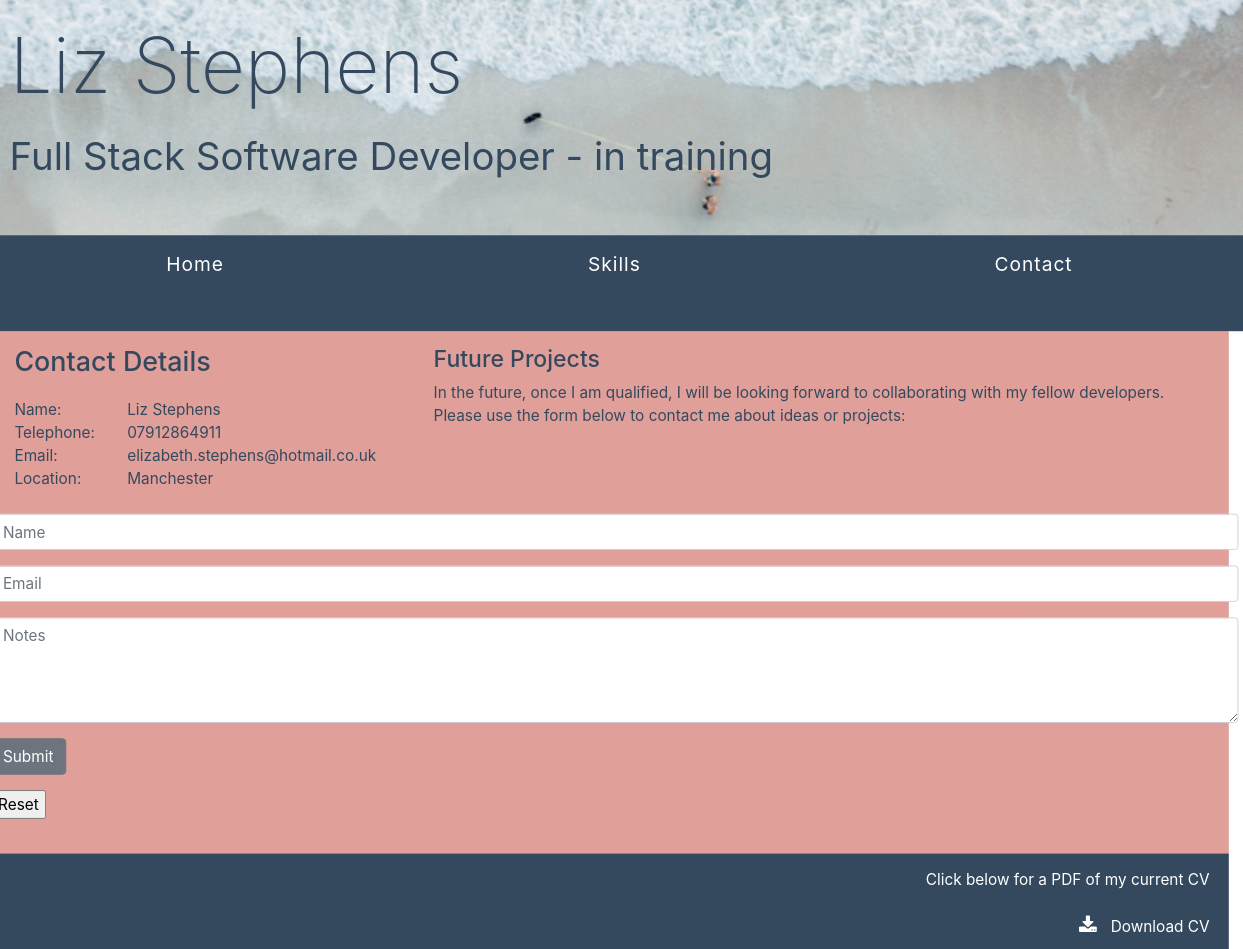
Repository: Liz94688/portfolio-site
Page: contact.html
The author's editor kept a record of every edit. The page is drawn from the files as they stood at one moment, then again after the next edit.
The browser window is 1280 px wide. The page is 1295 px wide, so the pictures cover 1295 px, including what lies to the right of the window. The pictures show the whole page, at 96% of full size.

Above is the page before.

### contact.html
<!DOCTYPE html>
<html lang="en">

<head>
    <meta charset="UTF-8">
    <meta name="viewport" content="width=device-width, initial-scale=1.0">
    <meta http-equiv="X-UA-Compatible" content="ie=edge">
    <link rel="stylesheet" href="https://stackpath.bootstrapcdn.com/bootstrap/4.3.1/css/bootstrap.min.css" type="text/css" />
    <link rel="stylesheet" href="https://stackpath.bootstrapcdn.com/font-awesome/4.7.0/css/font-awesome.min.css" type="text/css" />
    <link rel="stylesheet" href="assets/css/style.css" type="text/css" />
    <title>Liz Stephens Portfolio - Full Stack Web Developer</title>
</head>

<body>
    <header>
        <div class="row header-image">
            <div class="col">
                <h1 class="header-name">Liz Stephens</h1>
                <h2 class="header-title">Full Stack Software Developer - in training</h2>
            </div>
        </div>

        <div class="row header-nav">
            <div class="col">
                <ul id="nav" class="list-inline header-nav-container">
                    <li class="col-sm-4 header-nav-color-home header-nav-item list-inline-item">
                        <a href="#"><span>Home</span></a>
                    </li>
                    <li class="col-sm-4 header-nav-color-skills header-nav-item list-inline-item">
                        <a href="#"><span>Skills</span></a>
                    </li>
                    <li class="col-sm-4 header-nav-color-contact header-nav-item list-inline-item">
                        <a href="#"><span>Contact</span></a>
                    </li>
                </ul>
            </div>
        </div>
        </div>
    </header>

    <section id="contact" class="container-fluid contact-container">
        <div class="row">
            <div class="col-md-4 contact-info">


                <div class="col-12">
                    <h3 class="contact-details-title">
                        Contact Details
                    </h3>
                </div>


                <div class="col-12 contact-details-itemised">
                    <div class="key">
                        <p>Name:</p>
                    </div>
                    <div class="value">
                        <p>Liz Stephens</p>
                    </div>
                    <div class="key">
                        <p>Telephone:</p>
                    </div>
                    <div class="value">
                        <p>07912864911</p>
                    </div>
                    <div class="key">
                        <p>Email:</p>
                    </div>
                    <div class="value">
                        <p>elizabeth.stephens@hotmail.co.uk</p>
                    </div>
                    <div class="key">
                        <p>Location:</p>
                    </div>
                    <div class="value">
                        <p>Manchester</p>
                    </div>
                </div>


            </div>

            <div class="col-md-8 contact-form">

                <div class="col-12">
                    <h4>
                        Future Projects
                    </h4>
                </div>

                    <div class="col-12">
                        <p>In the future, once I am qualified, I will be looking forward to collaborating with my fellow developers. Please use the form below to contact me about ideas or projects: </p>
                    </div>
                </div>
                <div class="col-12 contact-groups">
                    <form>
                        <div class="form-group">
                            <input type="text" name="Name" class="form-control" placeholder="Name" required>
                        </div>
                        <div class="form-group">
                            <input type="email" name="Email" class="form-control" placeholder="Email" required>
                        </div>
                        <div class="form-group">
                            <textarea rows="4" name="Notes" class="form-control" placeholder="Notes"></textarea>
                        </div>
                        <div class="form-group">
                            <button type="submit" class="btn btn-secondary">Submit</button>
                        </div>
                        <div class="form-group">
                            <input type="reset" value="Reset">
                        </div>
                    </form>
                </div>
            </div>
        </div>
    </section>

    <footer class="container-fluid">
        <div class="row footer-nav">
            <div class="col footer-nav-item">
                <p>Click below for a PDF of my current CV</p>
                <a href="./assets/Liz_CV.pdf" target="_blank"><i class="fa fa-download" aria-hidden="true"></i><span> Download CV </span></a>
            </div>
        </div>
    </footer>
</body>

</html>

### assets/css/style.css
@import url('https://fonts.googleapis.com/css?family=Montserrat&display=swap:100,200,300,400,500,600,700');

/*------------------------------Header*/

header {
    margin: 0;
    padding: 0;
}

.header-image {
    background-image: url('../images/welcome-view.jpg');
    background-position: center;
    background-repeat: no-repeat;
    background-size: cover;
    min-height: 240px;
    transition: all .5s ease-in-out;
    -moz-transition: all .5s ease-in-out;
    -webkit-transition: all .5s ease-in-out;
}

.header-name {
    font-weight: 200;
    font-size: 80px;
    color: #34495E;
    padding-top: 20px;
    padding-left: 25px;
}

.header-title {
    font-weight: 400;
    font-size: 40px;
    color: #34495E;
    padding-top: 15px;
    padding-bottom: 50px;
    padding-left: 25px;
}

/*------------------------------Header-Nav*/

.col {
    padding: 0;
}

li a {
    color: #fff;
    padding: 0;
    text-decoration: none;
}

.row {
    padding-bottom: 0;
}


.list-inline-item:not(:last-child) {
    margin: 0;
}

.header-nav-container {
    font-size: 0;
}

.col ul {
    margin-bottom: 0;
}

#nav li {
    padding: 0;
}

.header-nav-item {
    height: 100px;
    text-align: center;
}

.header-nav-item a {
    width: 100%;
    text-decoration: none;
    color: #fff;
}

.header-nav-item span {
    display: block;
    padding-top: 15px;
    font-size: 20px;
    letter-spacing: 1px;
}

/*------------------------------Navbar Colours/Background Colours*/

ul {
    background-color: #34495E;
}

.header-nav-color-home:hover {
    background-color: #4682B4;
}

.header-nav-color-skills:hover {
    background-color: #48D1CC;
}

.header-nav-color-contact:hover {
    background-color: #D98880;
}

.header-nav-color-home.active {
    background-color: #4682B4;
}

.header-nav-color-skills.active {
    background-color: #48D1CC;
}

.header-nav-color-contact.active {
    background-color: #D98880;
}

.home-bg-color {
    background-color: #4682B4;
}

/*------------------------------So far...*/

section {
    margin: 0;
    padding: 0;
}

.about-container {
    min-height: 500px;
    background-color: rgba(70, 130, 180, 0.8);
    color: #34495E;
    padding-bottom: 20px;
}

.so-far-title {
    padding-top: 20px;
    margin-bottom: 30px;
}

.so-far-title h3 {
    margin: 0;
}

.so-far-paragraph p {
    margin-bottom: 15px;
}

/*------------------------------Timeline*/

.timeline {
    position: relative;
    margin: 0 auto;
}

.timeline::after {
    content: '';
    position: absolute;
    width: 6px;
    background-color: #fff;
    top: 0;
    bottom: 0;
    left: 50%;
    margin-left: -2px;
}

.container {
    padding: 10px 20px;
    position: relative;
    background-color: #34495E;
    width: 50%;
    color: #fff;
    margin-left: 0;
}

.left {
    left: 0;
}

.right {
    left: 50%;
}

/*------------------------------Skills*/

.skills-container {
    margin: 0;
    min-height: 500px;
    background-color: rgba(72, 209, 204, 0.8);
    color: #34495E;
    padding-bottom: 20px;
}

.skills-title {
    padding-top: 20px;
    margin-bottom: 30px;
}

.skills-progression {
    margin-bottom: 30px;
}

.progress {
    height: 35px;
    margin-bottom: 15px;
    position: relative;
}

.progress-type {
    position: absolute;
    color: #283747;
    left: 0px;
    padding: 2px 30px 2px 5px;
}

/*------------------------------Contact Info*/

.contact-container {
    padding: 0;
    margin: 0;
    min-height: 500px;
    background-color: rgba(217, 136, 128, 0.8);
    color: #34495E;
    padding-bottom: 20px;
}

.contact-info {
    padding-top: 15px;
    margin-bottom: 20px;
}

.contact-details-title {
    margin-bottom: 20px;
}

.contact-details-itemised .key,
.contact-details-itemised .value {
    display: inline-block;
    padding-right: 10px;
}

.contact-details-itemised .key p,
.contact-details-itemised .value p {
    margin: 0
    ;
}

.contact-details-itemised .key {
    width: 30%;
}

.contact-details-itemised .value {
    position: relative;
    width: 60%;
}


/*------------------------------Contact Form*/

.contact-form {
    padding-top: 15px;
}

.contact-groups {
    padding: 0;
}

form {
    margin: 5px;
}

/*------------------------------Footer*/

footer {
    min-height: 100px;
    margin: 0;
    padding: 0;
}

.footer-nav {
    background-color: #34495E;
}

.footer-nav-item {
    height: 100px;
    text-align: right;
    padding: 15px 20px;
    color: #fff;
}

.footer-nav-item a {
    text-decoration: none;
    color: #fff;
}

.footer-nav-item a i {
    font-size: 20px;
    padding: 10px;
}


/*------------------------------IGNORE - TO DELETE*/

After the next edit:
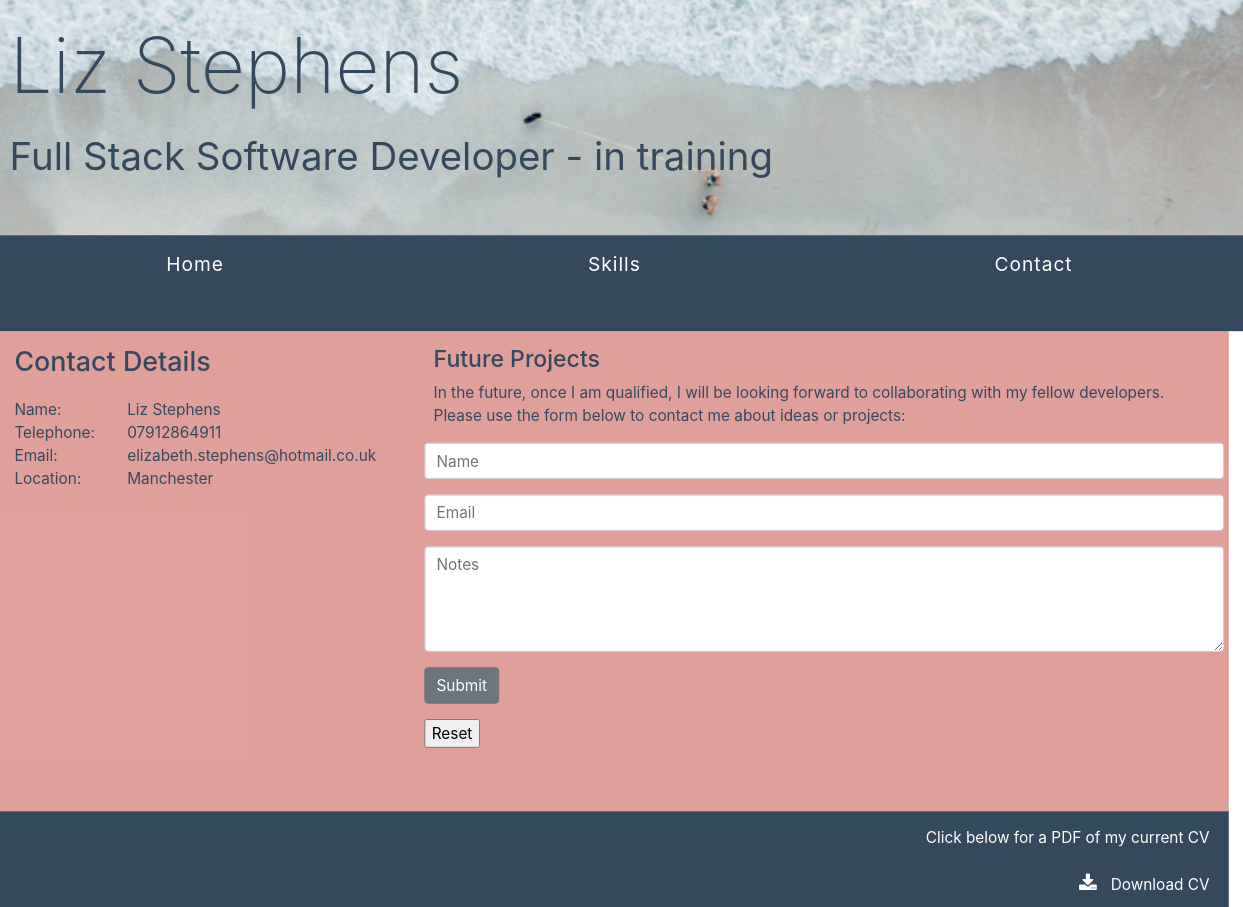
The edit:
--- a/contact.html
+++ b/contact.html
@@ -87,11 +87,10 @@
                         Future Projects
                     </h4>
                 </div>
+                <div class="col-12">
+                    <p>In the future, once I am qualified, I will be looking forward to collaborating with my fellow developers. Please use the form below to contact me about ideas or projects: </p>
+                </div>
 
-                    <div class="col-12">
-                        <p>In the future, once I am qualified, I will be looking forward to collaborating with my fellow developers. Please use the form below to contact me about ideas or projects: </p>
-                    </div>
-                </div>
                 <div class="col-12 contact-groups">
                     <form>
                         <div class="form-group">
